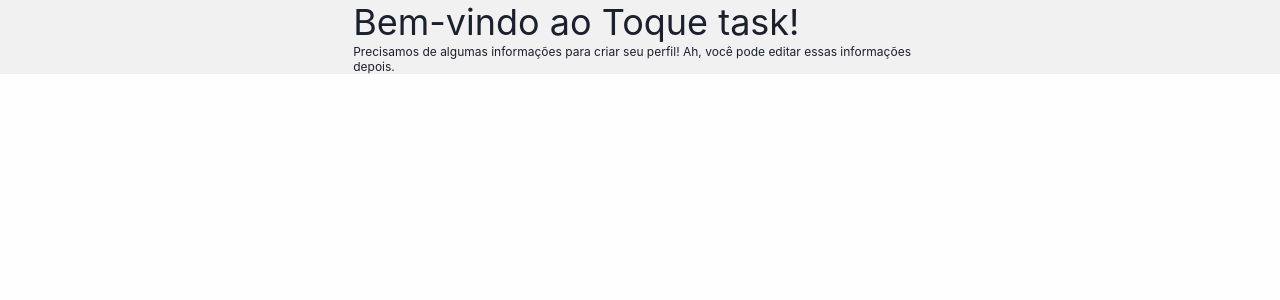
Repository: jorgelucasjs/chakra-ui-doc
Page: /
An editor plug-in stored every save of this project. The page is shown before and after the next save, followed by the edit.
The browser window is 1280 px wide. The pictures show the whole page.
The project was rebuilt for these pictures with package versions that can differ from the ones it lists, and the page was loaded fresh each time.

Above is the page before, as saved 2023-01-06 14:02:19.

After the next save:
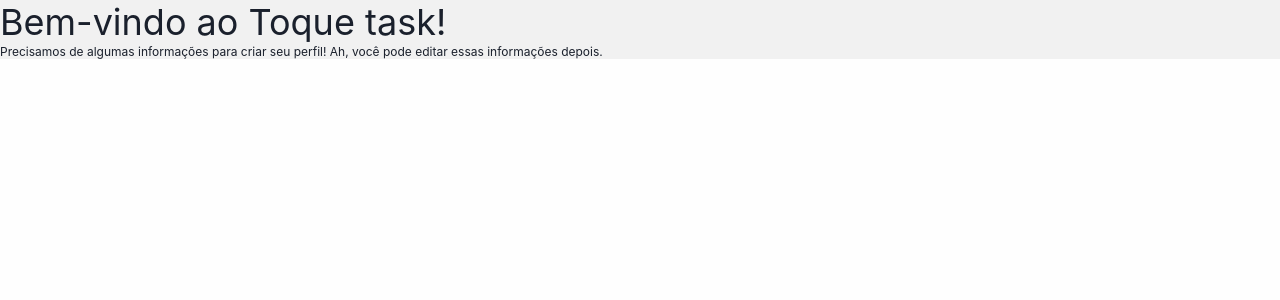
Saved 14 s later.
--- a/src/pages/index.tsx
+++ b/src/pages/index.tsx
@@ -6,13 +6,13 @@
 
 	return (
 		<Wrap bg={'#F1F1F1'}>
-			<Container>
+			<Flex>
 				<Box>
 					<Text fontSize='4xl'>Bem-vindo ao Toque task!</Text>
 					<Text fontSize='xs'>Precisamos de algumas informações para criar seu perfil! Ah,
 					você pode editar essas informações depois.</Text>
 				</Box>
-			</Container>
+			</Flex>
 		</Wrap>
 	);
 }
